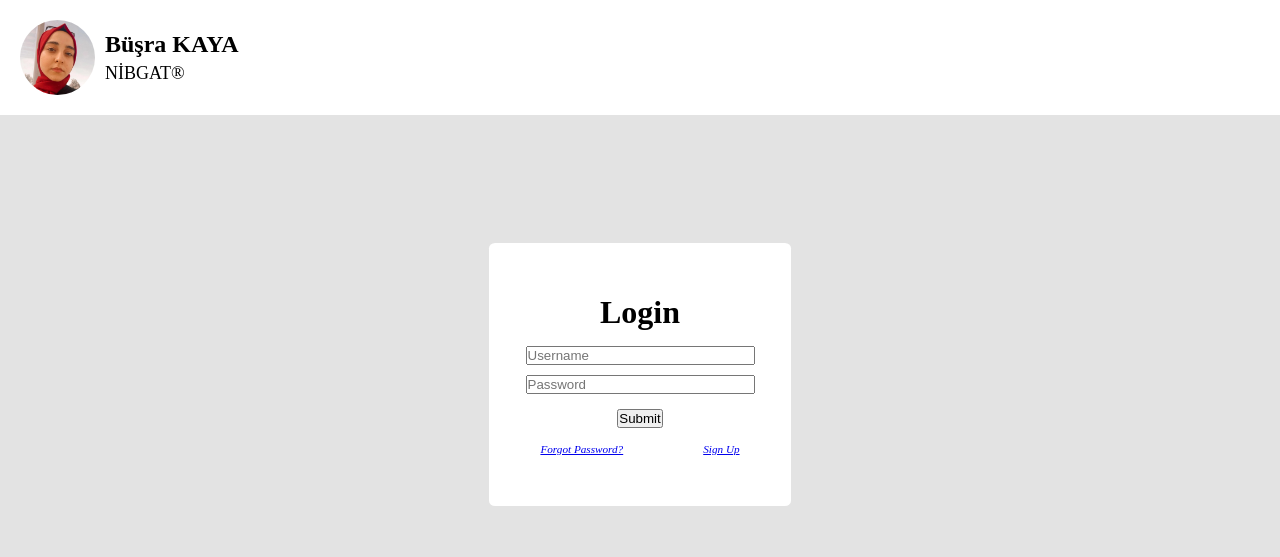
Repository: busra-kayaa/LoginPage
Page: login.html
The author's editor kept a copy of each file at every save. The page is drawn from the files as they stood at one save, then again after the next save.
The browser window is 1280 px wide. The pictures show the whole page.

Above is the page before, as saved 2024-01-02 19:01:58.

After the next save:
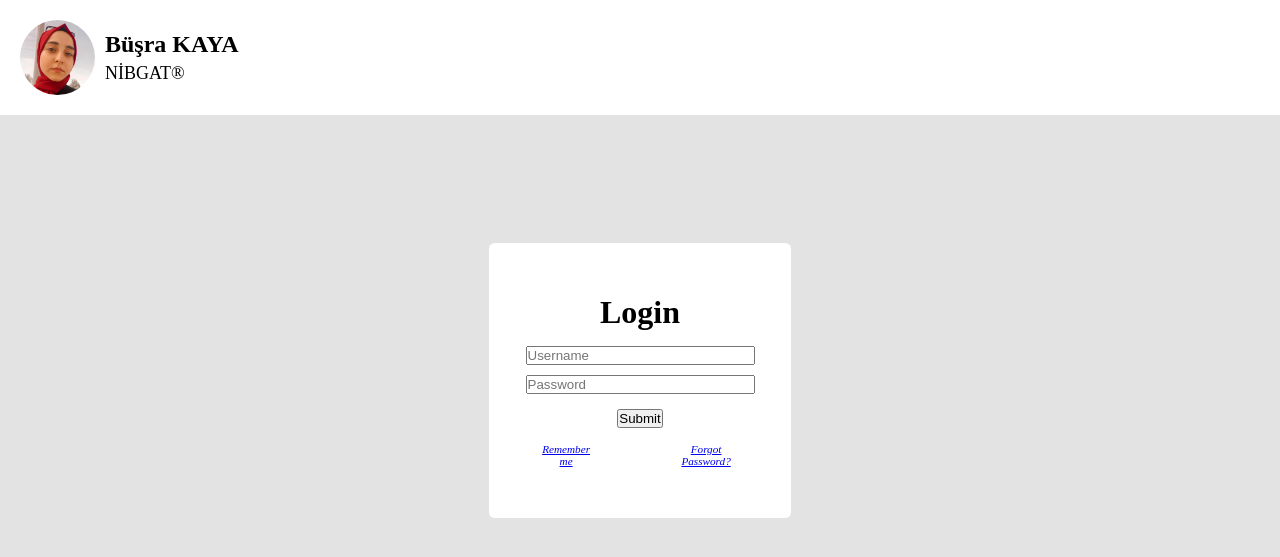
Saved 98 s later.
--- a/login.html
+++ b/login.html
@@ -50,8 +50,8 @@
                     <button onclick="alert('Bilgileriniz Başarıyla Alınmıştır.')">Submit</button>
                 </div>
                 <div class="footer">
+                    <a href="#" target="_blank">Remember me</a>
                     <a href="#" target="_blank">Forgot Password? </a>
-                    <a href="#" target="_blank">Sign Up</a>
                 </div>
             </div>
         </div>
